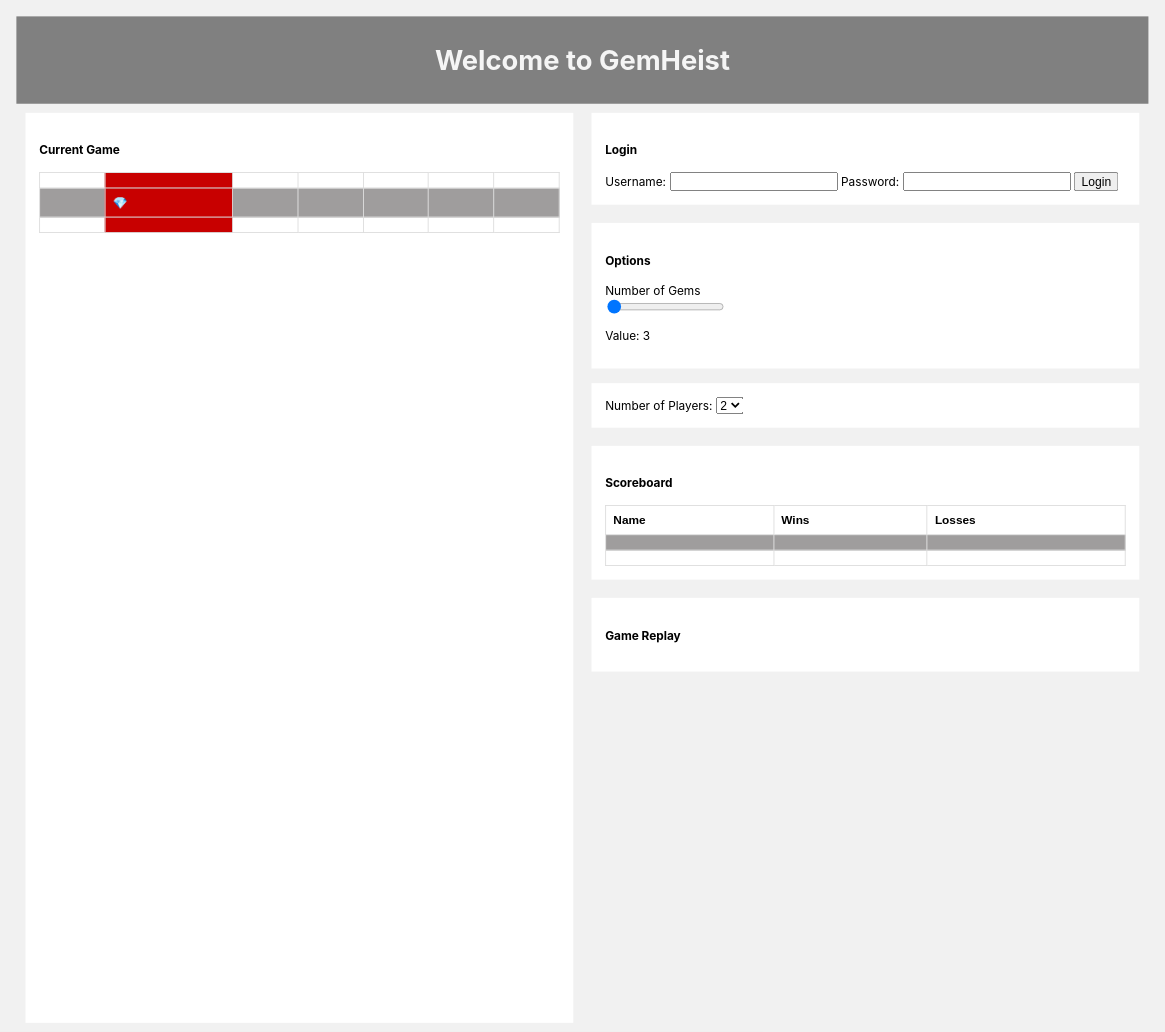
Repository: komalharjani/Gem-Heist
Page: board.html
An editor plug-in stored every save of this project. The page is shown before and after the next save, followed by the edit.
The browser window is 1280 px wide. The pictures show the whole page, at 91% of full size.

Above is the page before, as saved 2020-04-09 12:53:06.

### board.html
<!DOCTYPE html>
<html>

<head>
    <link rel="stylesheet" href="style.css">
</head>

<body>
    <!--Header-->
    <div class="header">
        <h2>Welcome to GemHeist</h2>
    </div>

    <!--Current Game-->
    <div class="centercolumn">
        <div class="card" style="height:1000px">
            <h4 id="gameTitle">Current Game</h4>
            <div class="yaks" id="game">
            </div>
        </div>
    </div>
    <!--Login -->
    <div class="centercolumn" id="scoreboard">
        <div class="card">
            <h4>Login</h4>
            <div class="yaks">
                <label for="fname">Username:</label>
                <input type="text" id="fname" name="fname">
                <label for="lname">Password:</label>
                <input type="text" id="lname" name="lname">
                <input type="submit" value="Login">
            </div>
        </div>
    </div><br>
    </div>

    <!--Options -->
    <div class="rightcolumn">
        <div class="card">
            <h4>Options</h4>
            <div class="yaks">
                <div class="slidecontainer">
                    <label for="myRange">Number of Gems</label></br>
                    <input type="range" min="3" max="20" value="3" class="slider" id="myRange">
                    <p>Value: <span id="demo"></span></p>
                </div>
            </div>
                <script>
                    var slider = document.getElementById("myRange");
                    var output = document.getElementById("demo");
                    output.innerHTML = slider.value;
                    document.getElementById("myRange").step = "3";
                    slider.oninput = function () {
                        output.innerHTML = this.value;
                    }
                </script>
            </div></br>
            <div class="card">
                <div class="yaks">
                    <label for="noPlayers">Number of Players:</label>
                    <select id="noPlayers">
                        <option value="2">2</option>
                        <option value="3">3</option>
                        <option value="4">4</option>
                        <option value="5">5</option>
                    </select>
                </div>
            </div>
    </div><br>
    </div>

    <!--Scoreboard - change to dynamic -->
    <div class="rightcolumn">
        <div class="card">
            <h4>Scoreboard</h4>
            <div class="yaks" id="scoreboard">
                <table>
                    <tr>
                        <th>Name</th>
                        <th>Wins</th>
                        <th>Losses</th>
                    </tr>
                    <tr>
                        <td> </td>
                        <td> </td>
                        <td> </td>
                    </tr>
                    <tr>
                        <td> </td>
                        <td> </td>
                        <td> </td>
                    </tr>
                </table>

            </div>
        </div>
    </div><br>
    </div>

    <!--Scoreboard -->
    <div class="rightcolumn">
        <div class="card">
            <h4>Game Replay</h4>
            <div class="yaks">
                <!--Content Here-->
            </div>
        </div>
    </div><br>
    </div>



    <!--JAVASCRIPT -->
    <script src="model_Board.js"></script>
</body>

</html>

### style.css
* {
    box-sizing: border-box;
  }

  /* Add a gray background color with some padding */
  body {
    font-family: -apple-system, BlinkMacSystemFont, 'Segoe UI', Roboto, Oxygen, Ubuntu, Cantarell, 'Open Sans', 'Helvetica Neue', sans-serif;
    padding: 10px;
    background: #f1f1f1;
    font-size: 13px;
  }
  table {
    font-family: arial, sans-serif;
    border-collapse: collapse;
    width: 100%;
  }

  td, th {
    border: 1px solid #dddddd;
    text-align: left;
    padding: 8px;
  }

  tr:nth-child(even) {
    background-color: #dddddd;
  }
  /* Header Title */
  .header {
    padding: 5px;
    font-size: 20px;
    text-align: center;
    background: grey;
    color: whitesmoke;
  }

  .login {
    width:300px;
    height:150px;
    position: fixed;
    top: 50%;
    left: 50%;
    margin-top: -125px;
    margin-left: -150px;
  }


  /* Alerts and Gems */

  .gem {
    background-color: white;
    justify-content: center;
  }

  .gem:hover {
    background-color: rgb(240, 240, 240);
  }

  .alarm {
    background-color: rgb(200, 0, 0);
  }

  .white {
    background-color: white;
  }

  .empty {
    background-color: white;
  }

  .alarm:hover {
    background-color: rgb(136, 0, 0);
  }

  /* Split Screen into Columns */

  .rightcolumn {
    float: right;
    width: 50%;
    padding: 10px;
  }

  .centercolumn {
    float: left;
    width: 50%;
    padding: 10px;
  }

  .box {
    background-color: whitesmoke;
    width: 100%;
    padding: 15px;
  }

  .voteFilter {
    background-color: black;
    width: 100%;
    padding: 15px;
  }

  .card {
     background-color: white;
     padding: 15px;
  }

  .row:after {
    content: "";
    display: table;
    clear: both;
  }

  /* Footer */
  .footer {
    padding: 20px;
    text-align: center;
    background: #ddd;
    margin-top: 20px;
  }

  /* Responsive layout - when the screen is less than 800px wide, make the two columns stack on top of each other instead of next to each other */
  @media screen and (max-width: 800px) {
    .leftcolumn, .rightcolumn {
      width: 100%;
      padding: 0;
    }
  }

  tr:nth-child(even) {
    background-color: #3b37377c;
  }

### model_Board.js
/**
 * Variables
 */
const width = 7;
var gemChar = '&#128142';
var noGems = document.getElementById("myRange").value;
height = (2 / 3 * noGems) + 1;

/**
 * Declare Arrays for Drawing Board...
 */
var pieces = [];
for (var i = 0; i < height; i++) {
    pieces[i] = [];
}

var currState = [];
for (var i = 0; i < height; i++) {
    currState[i] = [];
    for(var j=0; j < width; j++) {
        currState[i].push(j);
    }
}
console.log(currState);

//array of state of board


/**
 * Function to Draw Board
 */
//synchronise with model
//if true draw alarm else draw
function drawBoard() {
    //Create rows and tables according to specified height and width
    var table = document.createElement("table");
    for (var i = 0; i < height; i++) { //loop through height
        var row = document.createElement('tr'); //create rows for each height
        for (var j = 0; j < width; j++) { //loop through width
            var cell = document.createElement('td'); //create columns for each width
            pieces[i].push(cell);
            cell.setAttribute("row", i);
            cell.setAttribute("col", j);

            //Identify Gem Cells
            if (currState[i][j] == true) {
            if (j % 2 && i % 2) {
                cell.innerHTML = gemChar;
                cell.className = "gem";
                //example - move out later to follow after alarm captured
                cell.addEventListener('click', function (event) { //disable after clicked + how to pass row and col
                    //this.innerHTML = "name";
                })
            }
        }
            //Identify Alarms
            if (currState[i][j] == true) {
                 if (j % 2 || i % 2) {
                cell.className = "alarm";
                cell.addEventListener('click', function (event) { //disable after clicked + how to pass row and col
                    this.className = "white";
                    captureAlarm(this);
                    event.preventDefault();
                })
            }
            else {
                cell.className = "white";
            }
        }
            row.appendChild(cell);
        }
        table.appendChild(row);
    }
    document.body.appendChild(table);

    //display in this div
    let divContainer = document.getElementById("game");
    divContainer.innerHTML = "";
    divContainer.appendChild(table);
}

console.log(currState);

drawBoard();

//free of HTML elements
function captureAlarm() {
    let currRow = event.target.getAttribute("row"); //curr row
    let currCol = event.target.getAttribute("col"); //curr col
    let alarmsAroundEvent = [];
    let gemsFound = [];
    let leftCell;
    let rightCell;
    let upCell;
    let downCell;
    let one = 1;
    let alarmsAroundGemsFound = [];

    currState[currRow][currCol] = (false); //bind false to cell.className = "white";
    //add move to replay

    if (currRow - 1 >= 0) {
        upCell = pieces[currRow - 1][currCol];
        alarmsAroundEvent.push(upCell);
    } if (currCol - 1 >= 0) {
        leftCell = pieces[currRow][currCol - 1];
        alarmsAroundEvent.push(leftCell);
    } if (currRow + 1 < height) {
            downCell = pieces[currRow+1][currCol];
            alarmCheck.push(downCell);
    } if (currCol < width) {
    //     rightCell = [currRow][currCol+1];
    //     alarmCheck.push(rightCell);
    }

    console.log(upCell);
    console.log(leftCell);
    console.log(alarmsAroundEvent);
    //}

    //loop 1 find gems around alarms
    for (let i = 0; i < alarmsAroundEvent.length; i++) {
        if (alarmsAroundEvent[i].className == "gem") {
            gemsFound.push(alarmsAroundEvent[i]);
        }
    }

    //loop 2 - check for alarms around each gem to see if gem should be captured
    for (let i = 0; i < gemsFound.length; i++) {
        let gemRow = gemsFound[i].getAttribute("row");
        let gemCol = gemsFound[i].getAttribute("col");

        let alarmUp = (pieces[gemRow - 1][gemCol]);
        let alarmLeft = (pieces[gemRow][gemCol - 1]);
        //let alarmRight = (pieces[gemRow + 1][gemCol]);
        //let alarmDown = (pieces[gemRow + 1][gemCol]);

        alarmsAroundGemsFound.push(alarmUp, alarmLeft);

        for (let j = 0; j < alarmsAroundGemsFound.length; j++) {
            if (alarmsAroundGemsFound[i].className == "white") {
                alarmsAroundGemsFound.pop[i];
            }
        }
        console.log(alarmsAroundGemsFound);

        if (alarmsAroundGemsFound.length == 0) {
            gemsFound.className = "white";
            gemsFound.innerHTML = "name";
            //add move to replay
            //currState[gemRow][gemCol] = (false);
            //model.Player.score++;
            declareWinner();
        }
        else {
            //Next Turn
        }

    }

}

function declareWinner() {
    let gemsToWin = player.length / noGems;
    if (player.score = gemsToWin) {
        //alert
        //kill game
        //update leagueboard
    }
    else {
        //next turn
    }
}

//1. seperate state and draw board function
//2. fix the row and col
//3. move to main

After the next save:
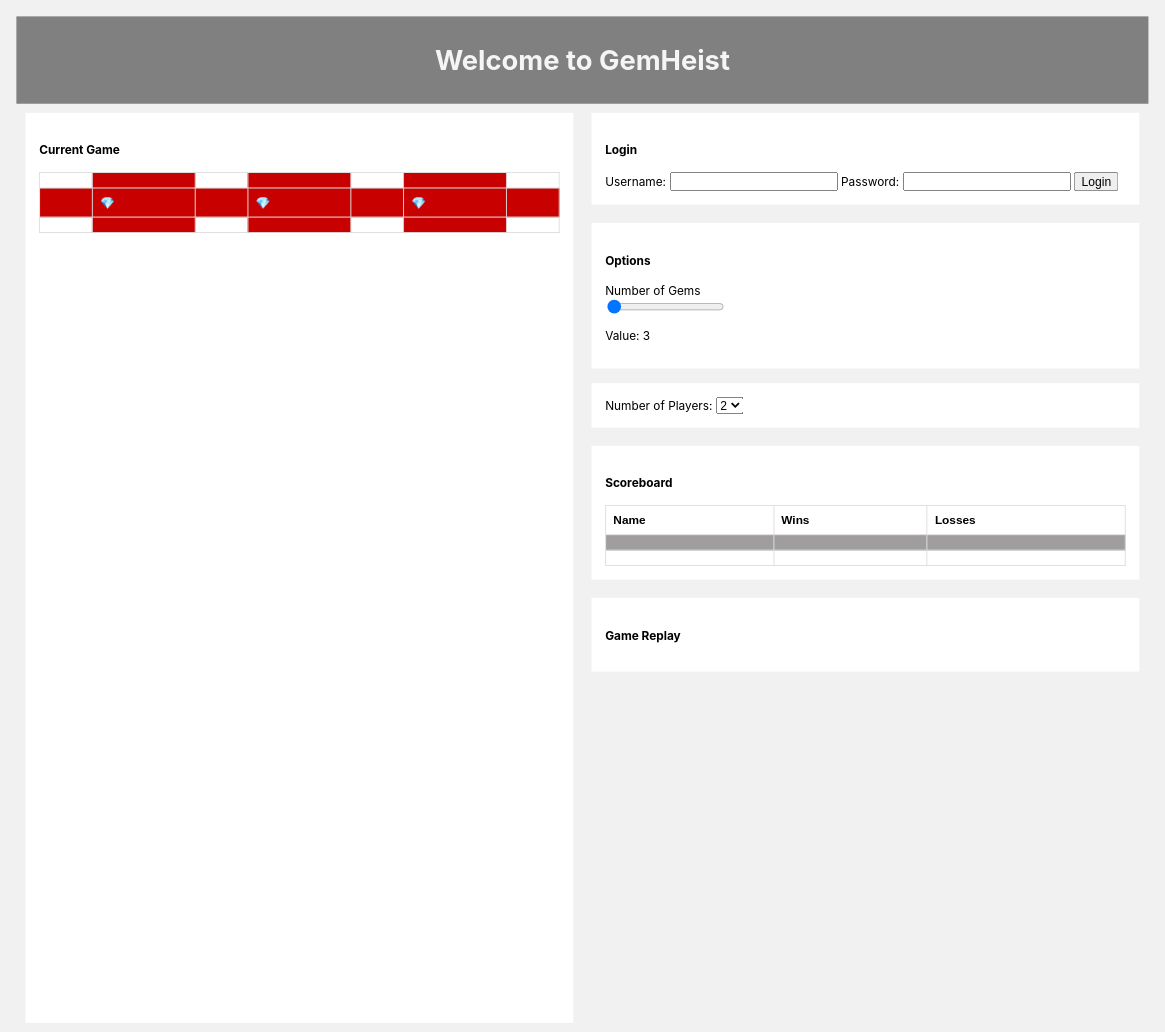
Saved 27 s later.
--- a/model_Board.js
+++ b/model_Board.js
@@ -18,7 +18,7 @@ var currState = [];
 for (var i = 0; i < height; i++) {
     currState[i] = [];
     for(var j=0; j < width; j++) {
-        currState[i].push(j);
+        currState[i].push(true);
     }
 }
 console.log(currState);
